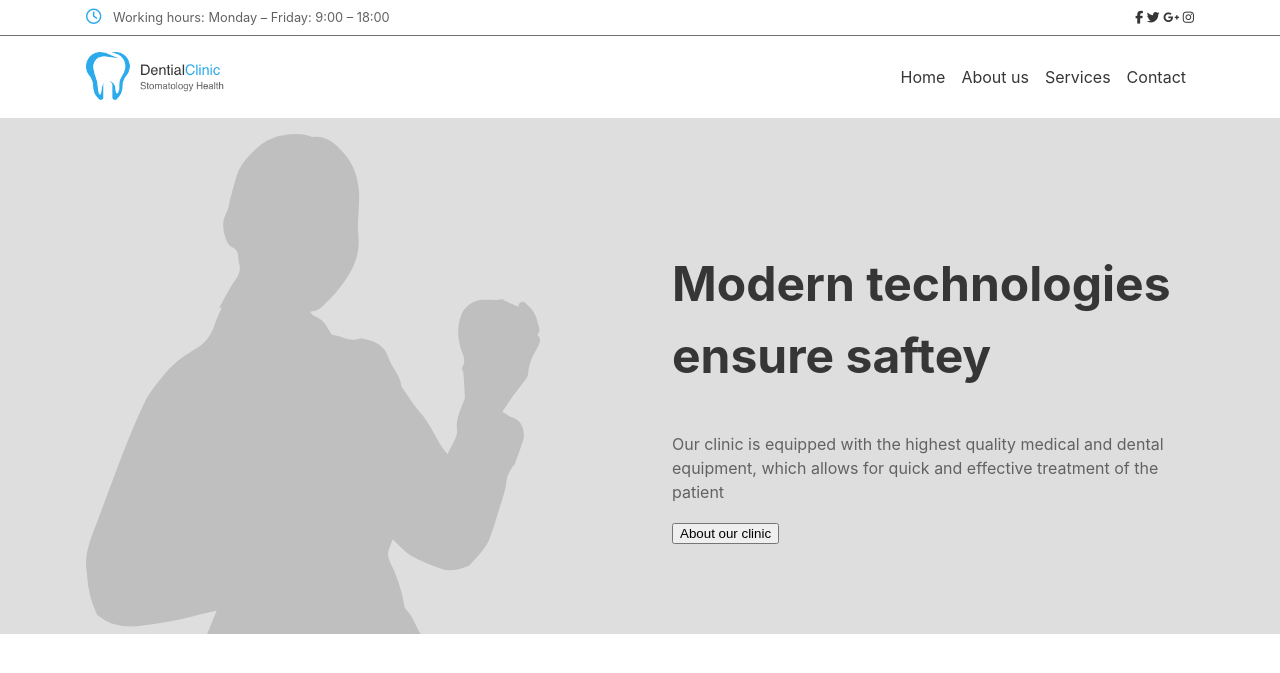
Repository: skepp4rn/uppgift1
Page: index.html
An editor plug-in stored every save of this project. The page is shown before and after the next save, followed by the edit.
The browser window is 1280 px wide. The pictures show the whole page.
Some web libraries are served in a nearby version.

Above is the page before, as saved 2020-11-18 20:41:09.

### index.html
<!DOCTYPE html>
<html lang="en">
<head>
    <meta charset="UTF-8">
    <meta name="viewport" content="width=device-width, initial-scale=1.0">
    <title>Document</title>

    <script src="https://kit.fontawesome.com/0abbda2fd3.js" crossorigin="anonymous"></script>
    <link rel="stylesheet" href="style.css">
</head>
<body>

    <nav class="navbar-top collapse">
        <div class="container">
            <div class="hours">
                <i class="far fa-clock"></i>
                Working hours: Monday – Friday: 9:00 – 18:00
            </div>
            <div class="#">
                <a href="#"><i class="fab fa-facebook-f"></i></a>
                <a href="#"><i class="fab fa-twitter"></i></a>
                <a href="#"><i class="fab fa-google-plus-g"></i></a>
                <a href="#"><i class="fab fa-instagram"></i></a>
            </div>
        </div>
    </nav>

    <nav class="navbar ">
        <div class="container">
            <a class="navbar-brand" href="#" >
                <img src="images/Logo.png" alt="">
            </a>
            <button class="navbar-toggler">
                <i class="fas fa-bars"></i>
            </button>
            <div class="collapse navbar-collapse">
                <div class="navbar-nav">
                    <a class="nav-link" href="#">Home</a>
                    <a class="nav-link" href="#">About us</a>
                    <a class="nav-link" href="#">Services</a>
                    <a class="nav-link" href="#">Contact</a>
                </div>
            </div>
        </div>
    </nav>

    <section id="showcase" class="bg-gray">
        <div class="container">
            <img src="images/placehold-girl.svg" alt="">
            <div class="showcase-content-box">
                <div class="showcase-content">
                    <h1>Modern technologies ensure saftey</h1>
                    <p>Our clinic is equipped with the highest quality medical and dental equipment, which allows for quick and effective treatment of the patient</p>
                    <button>About our clinic</button>
                </div>
            </div>
        </div>
    </section>

</body>
</html>

### style.css
* {
    box-sizing: border-box;
}

html, body {
    font-weight: 400;
    font-family: -apple-system, BlinkMacSystemFont, 'Segoe UI', Roboto, Oxygen, Ubuntu, Cantarell, 'Open Sans', 'Helvetica Neue', sans-serif;
    line-height: 1.5;
    font-size: 16px;
    margin: 0;
    padding: 0;
    color: #626262;
}

.border {
    border: 1px solid black;
}

a {
    color: #363636;
    text-decoration: none;
    background-color: transparent;
}

a:hover {
    color: #25E6C8;
}

.bg-dark {
   background: #333333;
   color: #ffffff;
}

.bg-light {
    background: #f7f7f7;
    color: #333333;
}

.bg-gray {
    background-color: #DEDEDE;

}


.collapse:not(.show) {
    display: none;
}

.container {
    width: 100%;
    padding: 0 1rem;
    margin: 0 auto;
}

.navbar-top {
    border-bottom: 1px solid #707070;
}

.navbar, .navbar-top {
    display: flex;
    justify-content: space-between;
    padding: 0.5rem 1rem;
}

.navbar .container, .navbar-top .container {
    display: flex;
    justify-content: space-between;
    align-items: center;
}

.navbar-top .container {
    font-size: 0.8rem;
}

.navbar-top .container .hours {
    color:#626262;
}

.navbar-top .container .hours i {
    color: #2BAAEC;
    margin-right: 0.5rem;
    font-size: 1.2em;
}

.navbar-top .container .socialmedia a {
    margin: 0 0.5rem;
}

.navbar-brand {
    display: inline-block;
    font-size: 1.5rem;
    color: black;
    margin-right: 1rem;
}

.navbar-brand img {
    height: 3rem;
    margin-top: 0.5rem;
}

.navbar-toggler {
    font-size: 2.5rem;
    color:#2BAAEC;
    background-color: transparent;
    border: 1px solid transparent;
}

.navbar-collapse {
    align-items: center;
}

.navbar-nav {
    display: flex;
    flex-direction: column;
}

.nav-link {
    padding: 0;
    text-decoration: none;
}



#showcase .container {
    display: grid;
    grid-template-columns: 1fr 1fr;
    column-gap: 4rem;

    align-items: center;
}

#showcase .container img {
    height: 500px;
    margin-top: 1rem;
}

#showcase .container .showcase-content-box {
    align-self: center;
}

.showcase-content-box .showcase-content h1 {
    font-size: 48px;
    color: #363636;
}


























@media (min-width: 768px) {
    .nav-link {
        padding-right: 0.5rem;
        padding-left: 0.5rem;
    }

    .navbar-nav {
        flex-direction: row;
    }

    .navbar-toggler {
        display: none;
    }

    .collapse:not(.show) {
        display: flex;
    }

    .container {
        max-width: 720px;
    }

}

@media (min-width: 992px) {
    .container {
        max-width: 960px;
    }
}

@media (min-width: 1200px) {
    .container {
        max-width: 1140px;
    }
}

After the next save:
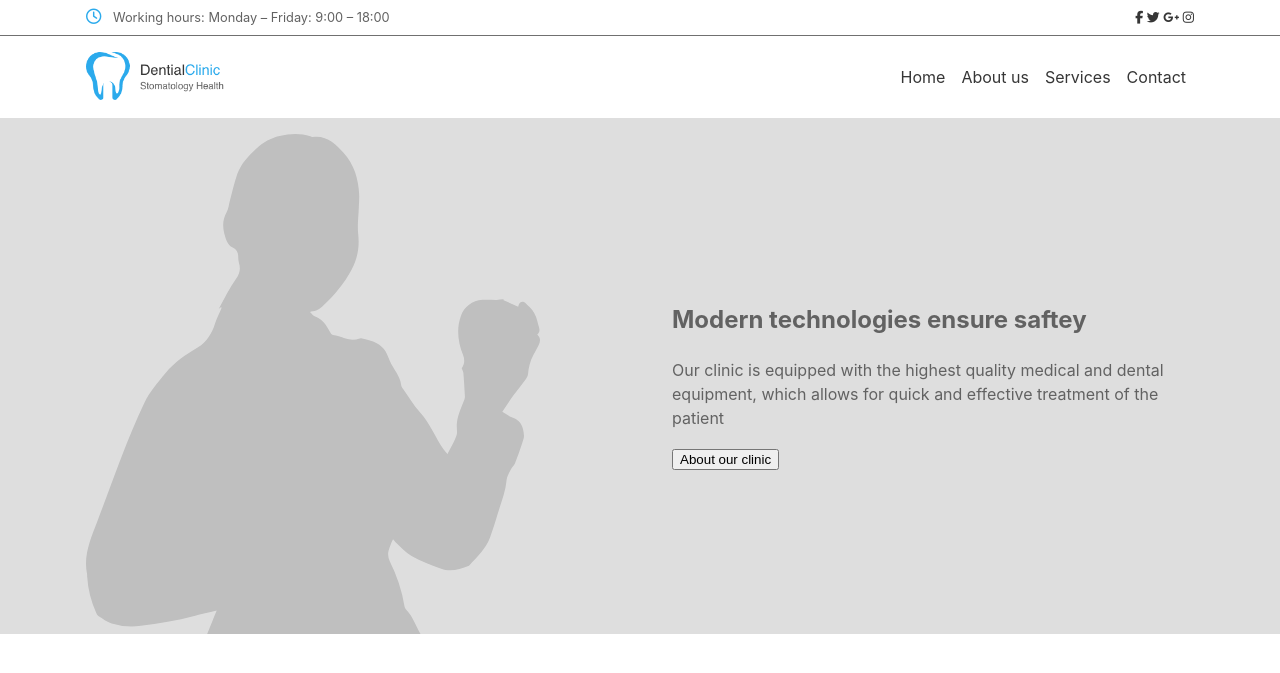
Saved 2 min 7 s later.
--- a/index.html
+++ b/index.html
@@ -47,8 +47,8 @@
     <section id="showcase" class="bg-gray">
         <div class="container">
             <img src="images/placehold-girl.svg" alt="">
-            <div class="showcase-content-box">
-                <div class="showcase-content">
+            <div class="content-box">
+                <div class="content">
                     <h1>Modern technologies ensure saftey</h1>
                     <p>Our clinic is equipped with the highest quality medical and dental equipment, which allows for quick and effective treatment of the patient</p>
                     <button>About our clinic</button>

After the 3 saves that followed:
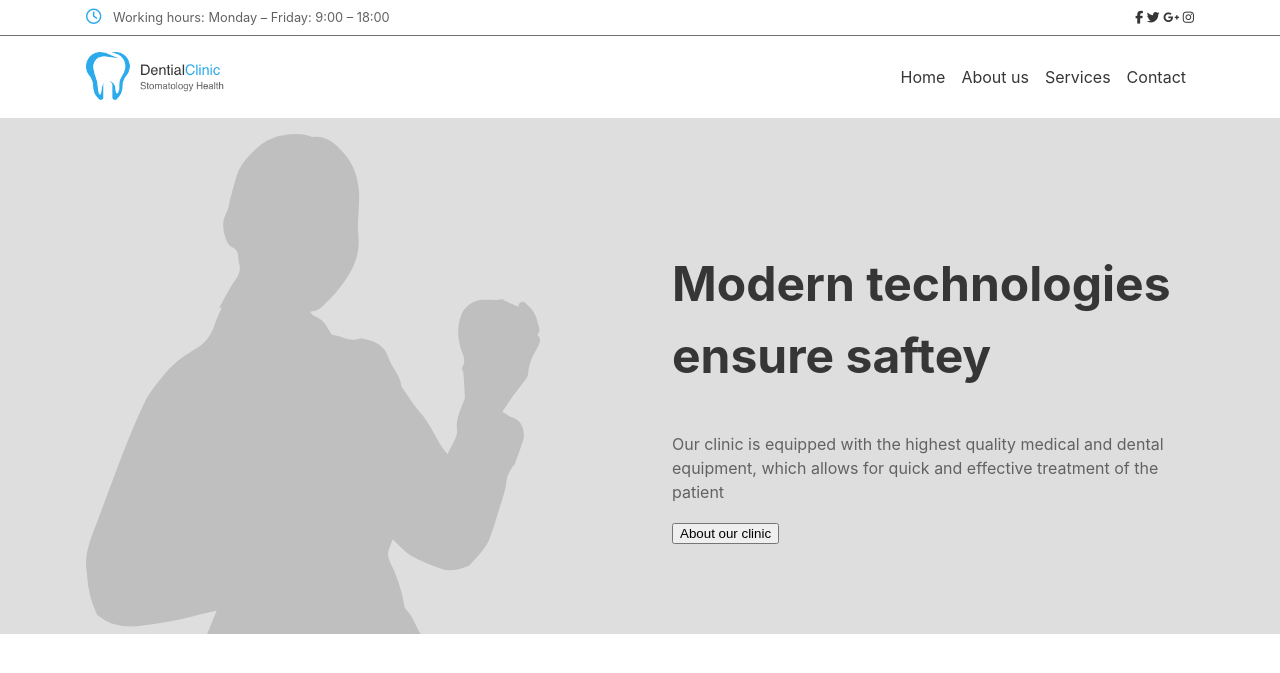
The 3 saves are shown as one change because 1 left the picture as it was and some came seconds apart.
The last was saved 57 s later.
--- a/index.html
+++ b/index.html
@@ -47,8 +47,8 @@
     <section id="showcase" class="bg-gray">
         <div class="container">
             <img src="images/placehold-girl.svg" alt="">
-            <div class="content-box">
-                <div class="content">
+            <div class="showcase-content-box">
+                <div class="showcase-content">
                     <h1>Modern technologies ensure saftey</h1>
                     <p>Our clinic is equipped with the highest quality medical and dental equipment, which allows for quick and effective treatment of the patient</p>
                     <button>About our clinic</button>
